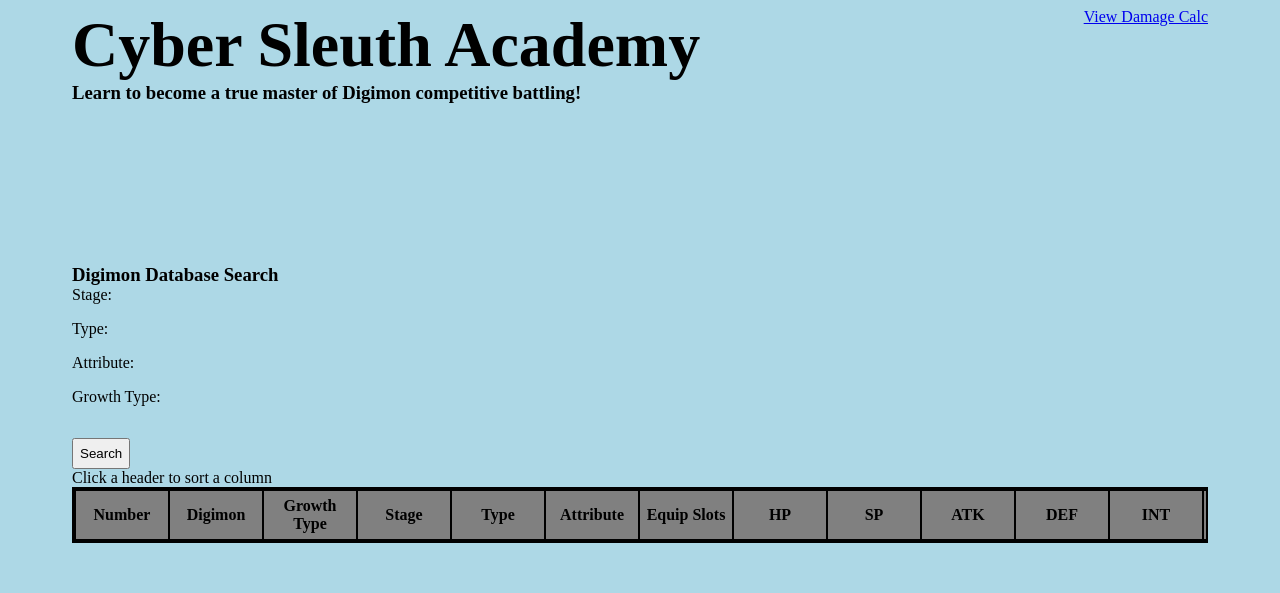
Repository: KTaylor264/Bootcamp-Solo-Project
Page: http://localhost/cyber-sleuth-academy/WEB-INF/index.jsp
The author's editor kept a copy of each file at every save. The page is drawn from the files as they stood at one save, then again after the next save.
The browser window is 1280 px wide. The pictures show the whole page.
The page is served by Tomcat 9. Nobody is signed in. The template is opened directly, without the code that normally fills it, so the values that code supplies are empty.

Above is the page before, as saved 2023-03-19 20:00:06.

After the next save:
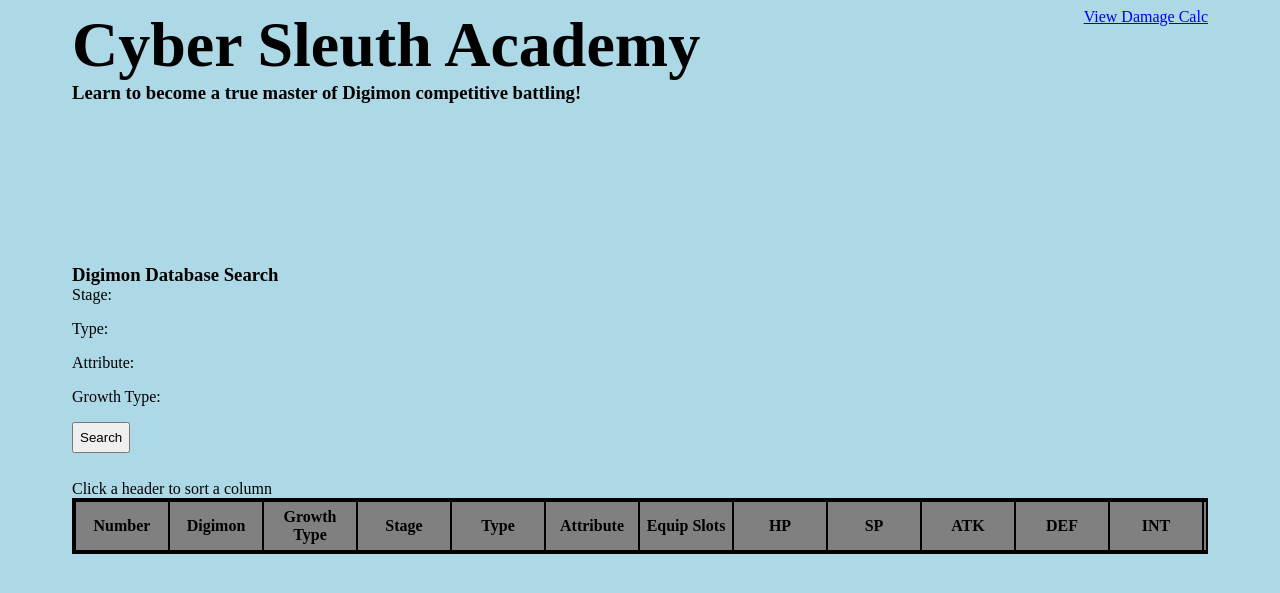
Saved 24 s later.
--- a/cyber-sleuth-academy/src/main/webapp/WEB-INF/index.jsp
+++ b/cyber-sleuth-academy/src/main/webapp/WEB-INF/index.jsp
@@ -43,13 +43,13 @@
 						<label><input type="checkbox" name="${attribute.attributeName}"><c:out value="${attribute.attributeName}"/></label>
 					</c:forEach>
 				</div>
-				<div class="div-last">
+				<div class="div-box">
 					<label>Growth Type: </label>
 					<c:forEach var="growthType" items="${growthTypes}">
 						<label><input type="checkbox" name="${growthType.growthTypeName}"><c:out value="${growthType.growthTypeName}"/></label>
 					</c:forEach>
 				</div>
-				<input class="search-btn" name="submit" type="submit" value="Search">
+				<input class="search-btn div-last" name="submit" type="submit" value="Search">
 			</form>
 			<div>
 				<label>Click a header to sort a column</label>
